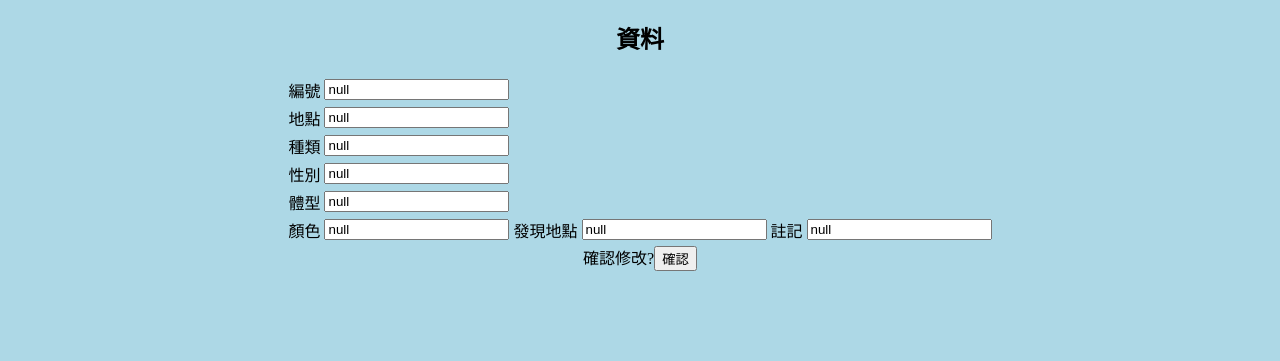
Repository: Ray917x/JaveEEforProject
Page: http://localhost/JSP/project/UpdateSuccess.jsp
These files come from the project's save history. The page is drawn as it stood at one moment and after the next save; the edit follows.
The browser window is 1280 px wide. The pictures show the whole page.
The page is served by Tomcat 9.

Above is the page before, as saved 2022-09-13 03:44:57.

After the next save:
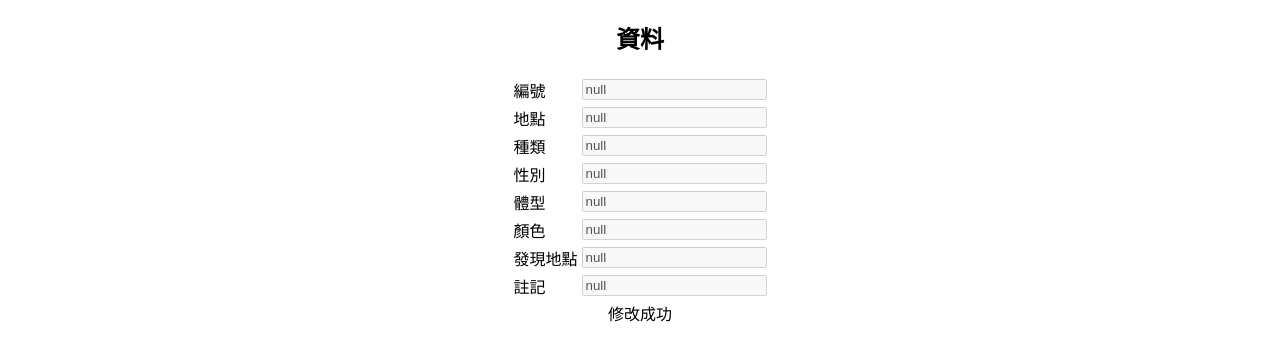
Saved 5 min 1 s later.
--- a/JSP/src/main/webapp/project/UpdateSuccess.jsp
+++ b/JSP/src/main/webapp/project/UpdateSuccess.jsp
@@ -6,47 +6,49 @@
 <meta charset="UTF-8">
 <title>資料</title>
 </head>
-<body style="background-color: lightblue">
+<body>
 	<div align="center">
 		<h2>資料</h2>
 
 		<jsp:useBean id="animal" scope="request"
 			class="com.lcpan.bean.AnimalBean" />
-		<form method="post" action="/JSP/AnimalUpdate">
+
 			<table>
 				<tr>
 					<td>編號
-					<td><input type="text" name="animal_id"
+					<td><input type="text" disabled
 						value="<%= animal.getAnimal_id()%>">
 				<tr>
 					<td>地點
-					<td><input type="text" name="animal_place"
+					<td><input type="text" disabled
 						value="<%= animal.getAnimal_place()%>">
 				<tr>
 					<td>種類
-					<td><input type="text" name="animal_kind"
+					<td><input type="text" disabled
 						value="<%= animal.getAnimal_kind()%>">
 				<tr>
 					<td>性別
-					<td><input type="text" name="animal_sex"
+					<td><input type="text" disabled
 						value="<%= animal.getAnimal_sex()%>">
 				<tr>
 					<td>體型
-					<td><input type="text" name="animal_bodytype"
+					<td><input type="text" disabled
 						value="<%= animal.getAnimal_bodytype()%>">
 				<tr>
 					<td>顏色
-					<td><input type="text" name="animal_colour"
+					<td><input type="text" disabled
 						value="<%= animal.getAnimal_colour()%>">
+				<tr>
 					<td>發現地點
-					<td><input type="text" name="animal_foundplace"
+					<td><input type="text" disabled
 						value="<%= animal.getAnimal_foundplace()%>">
+				<tr>
 					<td>註記
-					<td><input type="text" name="animal_remark"
+					<td><input type="text" disabled
 						value="<%= animal.getAnimal_remark()%>">
 			</table>
-			確認修改?<input type="submit" value="確認" />
-		</form>
+			修改成功
+
 	</div>
 
 </body>
